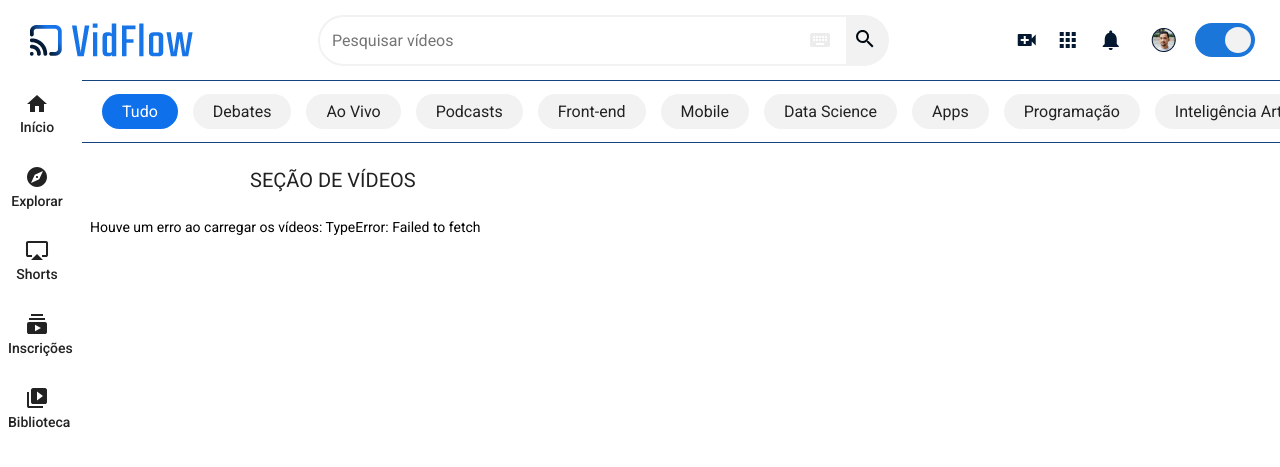
Repository: joaoPraiaJunior/curso-consumindo-api
Page: index.html
An editor plug-in stored every save of this project. The page is shown before and after the next save, followed by the edit.
The browser window is 1280 px wide. The pictures show the whole page.
The page's requests for data from a server got no answer.

Above is the page before, as saved 2024-08-20 21:15:47.

After the next save:
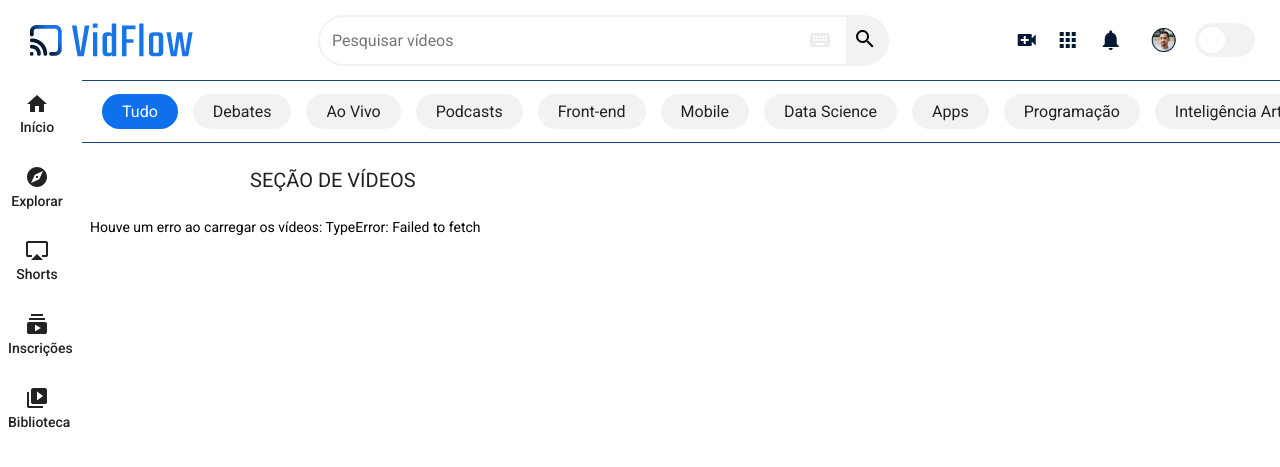
Saved 28 s later.
--- a/js/temaEscuro.js
+++ b/js/temaEscuro.js
@@ -25,7 +25,6 @@
 
     function verificarModoEscuro() {
         const modoEscuroAtivo = localStorage.getItem('classe') === 'modo-escuro';
-            botaoModoEscuro.checked = true;
             modoEscuro(modoEscuroAtivo);
     }
 

After the 4 saves that followed:
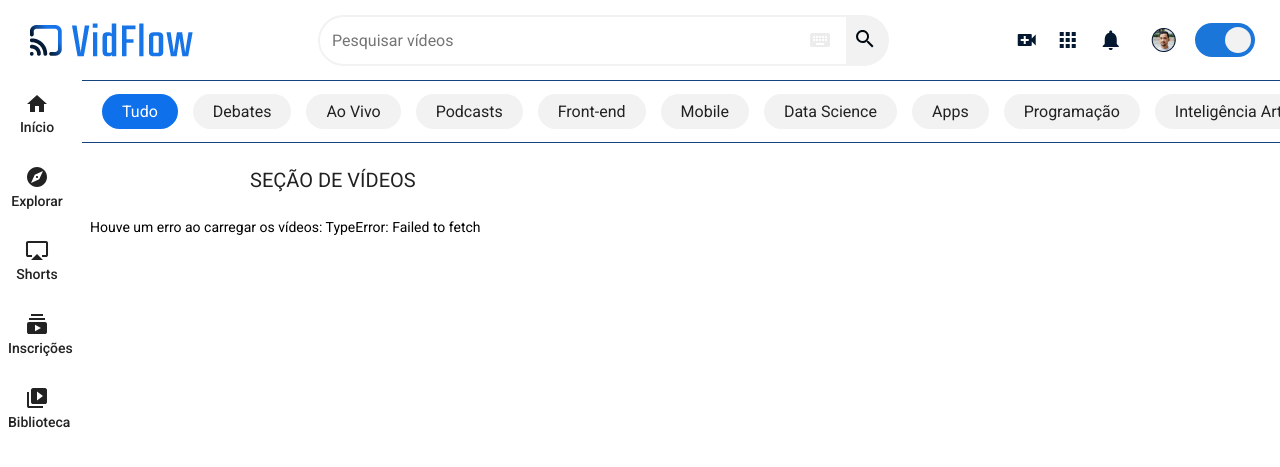
The 4 saves are shown as one change because 3 left the picture as it was.
The last was saved 3 min 22 s later.
--- a/js/temaEscuro.js
+++ b/js/temaEscuro.js
@@ -25,7 +25,8 @@
 
     function verificarModoEscuro() {
         const modoEscuroAtivo = localStorage.getItem('classe') === 'modo-escuro';
-            modoEscuro(modoEscuroAtivo);
+        botaoModoEscuro.checked = modoEscuroAtivo;
+        modoEscuro(modoEscuroAtivo);
     }
 
     botaoModoEscuro.addEventListener('change', modoEscuro(botaoModoEscuro.checked));
